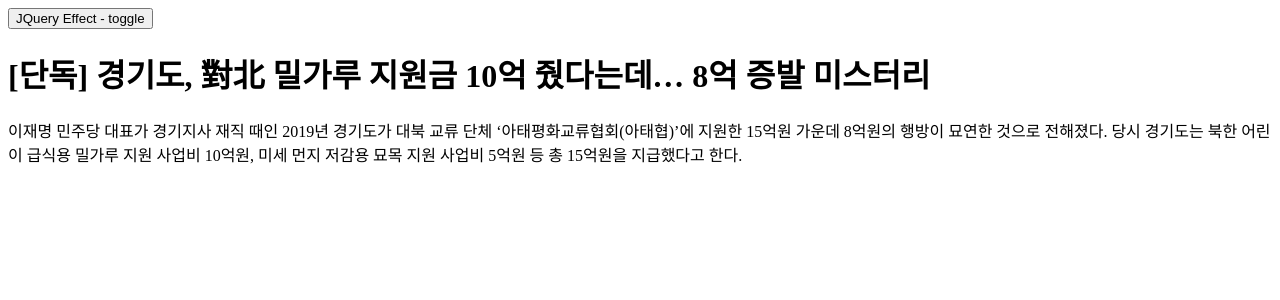
Repository: Junhee1412/front_end_practice
Page: jquery, bootstrap/js03_effect/public/js01_basic.html
An editor plug-in stored every save of this project. The page is shown before and after the next save, followed by the edit.
The browser window is 1280 px wide. The pictures show the whole page.

Above is the page before, as saved 2022-11-15 03:18:42.

After the next save:
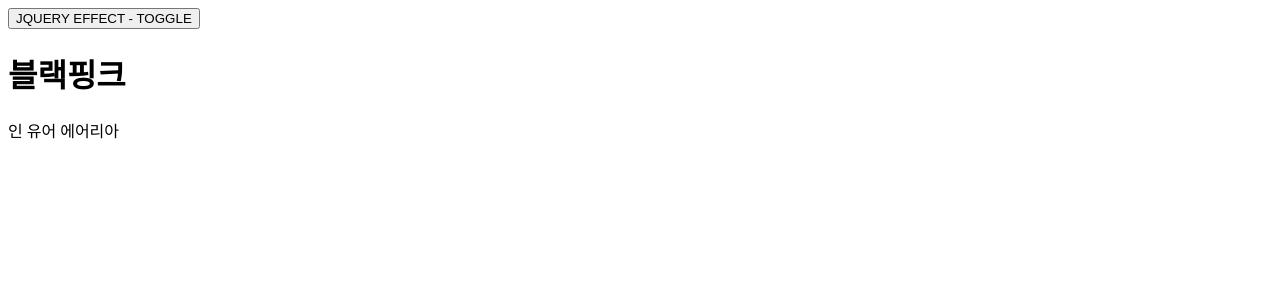
Saved 58 s later.
--- a/jquery, bootstrap/js03_effect/public/js01_basic.html
+++ b/jquery, bootstrap/js03_effect/public/js01_basic.html
@@ -1,51 +1,46 @@
 <!DOCTYPE html>
 <html>
 <head>
-	<meta charset="UTF-8">
-	<title>Insert title here</title>
-		<script src="./js/jquery-3.6.1.min.js"></script>
-	<script>
-		/*
-			JQuery Effect
+   <meta charset="UTF-8">
+   <title>Insert title here</title>
+   <script src="https://code.jquery.com/jquery-3.6.0.min.js"
+      integrity="sha256-/xUj+3OJU5yExlq6GSYGSHk7tPXikynS7ogEvDej/m4="
+      crossorigin="anonymous"></script>
+   <script>
+      /*
+         jQuery Effect
+         A. effect method
+            1. show() : 문서객체를 보이게 하는 매서드
+            2. hide() : 숨기기/감추기 메서드
+            3. toggle() : 쇼,하이드 번갈아 수행.
+            4. slideDown() : 슬라이딩 효과 보이게함
+            5. slideUp() : 슬라이딩 효과 감추기
+            6. slideToggle() : slideDown, slideUp 번갈아 수행
+            7. fadeIn() : 서서히 보이기
+            8. fadeOut() : 서서히 감추기
+            9. fadeToggle() : fadeIn, fadeOut 번갈아 수행
 
-			A. effect method
-
-			show()        : 문서객체를 보이기
-			hide()        : 문서객체를 감추기
-			toggle()      : show, hide를 번갈아 수행하기
-			slideDown()   : 슬라이딩 효과를 보이게하는 것
-			slideUp()     : 슬라이딩 효과를 감추기
-			slideToggle() : slideUp, slideDown을 번갈아 수행하기
-			fadeIn()      : 서서히 보이기
-			fadeOut()     : 서서히 감추기
-			fadeToggle()  : fadeIn, fadeOut을 번갈아 수행하기
-
-			B. effect 4가지 형태
-
-			1. $(선택자).method()
-			2. $(선택자).method(speed) : slow, normal, fast, ms(숫자)
-			3. $(선택자).method(speed, callback) : 끝나면 callback을 실행되라.
-			4. $(선택자).method(speed, easing, callback) : 애니메이션효과(잘사용하진 않음.)
-
-		*/
-/* 		$(function(){
-			$('button').click(function() {
-				$('.page').toggle(1000);
-			}); */
-		$(function(){
-			$('button').click(function(){
-				$('.page').fadeToggle(2000, function(){
-					alert('JJJ');
-				})
-			})
-		});
-	</script>
+         B. effect 4가지 형태
+            1. $(선택자).method()
+            2. $(선택자).method(speed) : slow, normal, fast, ms(숫자)
+            3. $(선택자).method(speed, callback) : effect가 끝나면 callback 함수를 실행
+            4. $(선택자).method(spped, easing, callback) : easing(애니메이션효과) // 요건 잘 안쓴다.
+      */
+      $(function(){
+         $('button').click(function(){
+            $('.page').fadeToggle(1000,function(){
+               alert('제이쿼리 이팩트 피니시드');
+            });
+         });
+      });
+   </script>
 </head>
 <body>
-	<button>JQuery Effect - toggle</button>
-	<div class="page">
-		<h1>[단독] 경기도, 對北 밀가루 지원금 10억 줬다는데… 8억 증발 미스터리</h1>
-		<p>이재명 민주당 대표가 경기지사 재직 때인 2019년 경기도가 대북 교류 단체 ‘아태평화교류협회(아태협)’에 지원한 15억원 가운데 8억원의 행방이 묘연한 것으로 전해졌다. 당시 경기도는 북한 어린이 급식용 밀가루 지원 사업비 10억원, 미세 먼지 저감용 묘목 지원 사업비 5억원 등 총 15억원을 지급했다고 한다.</p>
-	</div>
+   <button>JQUERY EFFECT - TOGGLE</button>
+   <!-- div.page>(h1+p) -->
+   <div class="page">
+      <h1>블랙핑크</h1>
+      <p>인 유어 에어리아</p>
+   </div>
 </body>
 </html>

After the save that followed:
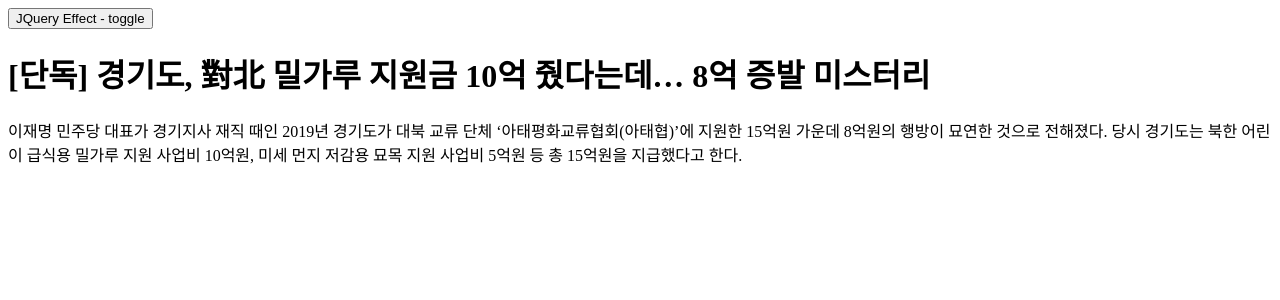
Saved 18 s later.
--- a/jquery, bootstrap/js03_effect/public/js01_basic.html
+++ b/jquery, bootstrap/js03_effect/public/js01_basic.html
@@ -1,46 +1,51 @@
 <!DOCTYPE html>
 <html>
 <head>
-   <meta charset="UTF-8">
-   <title>Insert title here</title>
-   <script src="https://code.jquery.com/jquery-3.6.0.min.js"
-      integrity="sha256-/xUj+3OJU5yExlq6GSYGSHk7tPXikynS7ogEvDej/m4="
-      crossorigin="anonymous"></script>
-   <script>
-      /*
-         jQuery Effect
-         A. effect method
-            1. show() : 문서객체를 보이게 하는 매서드
-            2. hide() : 숨기기/감추기 메서드
-            3. toggle() : 쇼,하이드 번갈아 수행.
-            4. slideDown() : 슬라이딩 효과 보이게함
-            5. slideUp() : 슬라이딩 효과 감추기
-            6. slideToggle() : slideDown, slideUp 번갈아 수행
-            7. fadeIn() : 서서히 보이기
-            8. fadeOut() : 서서히 감추기
-            9. fadeToggle() : fadeIn, fadeOut 번갈아 수행
+	<meta charset="UTF-8">
+	<title>Insert title here</title>
+		<script src="./js/jquery-3.6.1.min.js"></script>
+	<script>
+		/*
+			JQuery Effect
 
-         B. effect 4가지 형태
-            1. $(선택자).method()
-            2. $(선택자).method(speed) : slow, normal, fast, ms(숫자)
-            3. $(선택자).method(speed, callback) : effect가 끝나면 callback 함수를 실행
-            4. $(선택자).method(spped, easing, callback) : easing(애니메이션효과) // 요건 잘 안쓴다.
-      */
-      $(function(){
-         $('button').click(function(){
-            $('.page').fadeToggle(1000,function(){
-               alert('제이쿼리 이팩트 피니시드');
-            });
-         });
-      });
-   </script>
+			A. effect method
+
+			show()        : 문서객체를 보이기
+			hide()        : 문서객체를 감추기
+			toggle()      : show, hide를 번갈아 수행하기
+			slideDown()   : 슬라이딩 효과를 보이게하는 것
+			slideUp()     : 슬라이딩 효과를 감추기
+			slideToggle() : slideUp, slideDown을 번갈아 수행하기
+			fadeIn()      : 서서히 보이기
+			fadeOut()     : 서서히 감추기
+			fadeToggle()  : fadeIn, fadeOut을 번갈아 수행하기
+
+			B. effect 4가지 형태
+
+			1. $(선택자).method()
+			2. $(선택자).method(speed) : slow, normal, fast, ms(숫자)
+			3. $(선택자).method(speed, callback) : 끝나면 callback을 실행되라.
+			4. $(선택자).method(speed, easing, callback) : 애니메이션효과(잘사용하진 않음.)
+
+		*/
+/* 		$(function(){
+			$('button').click(function() {
+				$('.page').toggle(1000);
+			}); */
+		$(function(){
+			$('button').click(function(){
+				$('.page').fadeToggle(2000, function(){
+					alert('JJJ');
+				})
+			})
+		});
+	</script>
 </head>
 <body>
-   <button>JQUERY EFFECT - TOGGLE</button>
-   <!-- div.page>(h1+p) -->
-   <div class="page">
-      <h1>블랙핑크</h1>
-      <p>인 유어 에어리아</p>
-   </div>
+	<button>JQuery Effect - toggle</button>
+	<div class="page">
+		<h1>[단독] 경기도, 對北 밀가루 지원금 10억 줬다는데… 8억 증발 미스터리</h1>
+		<p>이재명 민주당 대표가 경기지사 재직 때인 2019년 경기도가 대북 교류 단체 ‘아태평화교류협회(아태협)’에 지원한 15억원 가운데 8억원의 행방이 묘연한 것으로 전해졌다. 당시 경기도는 북한 어린이 급식용 밀가루 지원 사업비 10억원, 미세 먼지 저감용 묘목 지원 사업비 5억원 등 총 15억원을 지급했다고 한다.</p>
+	</div>
 </body>
 </html>
